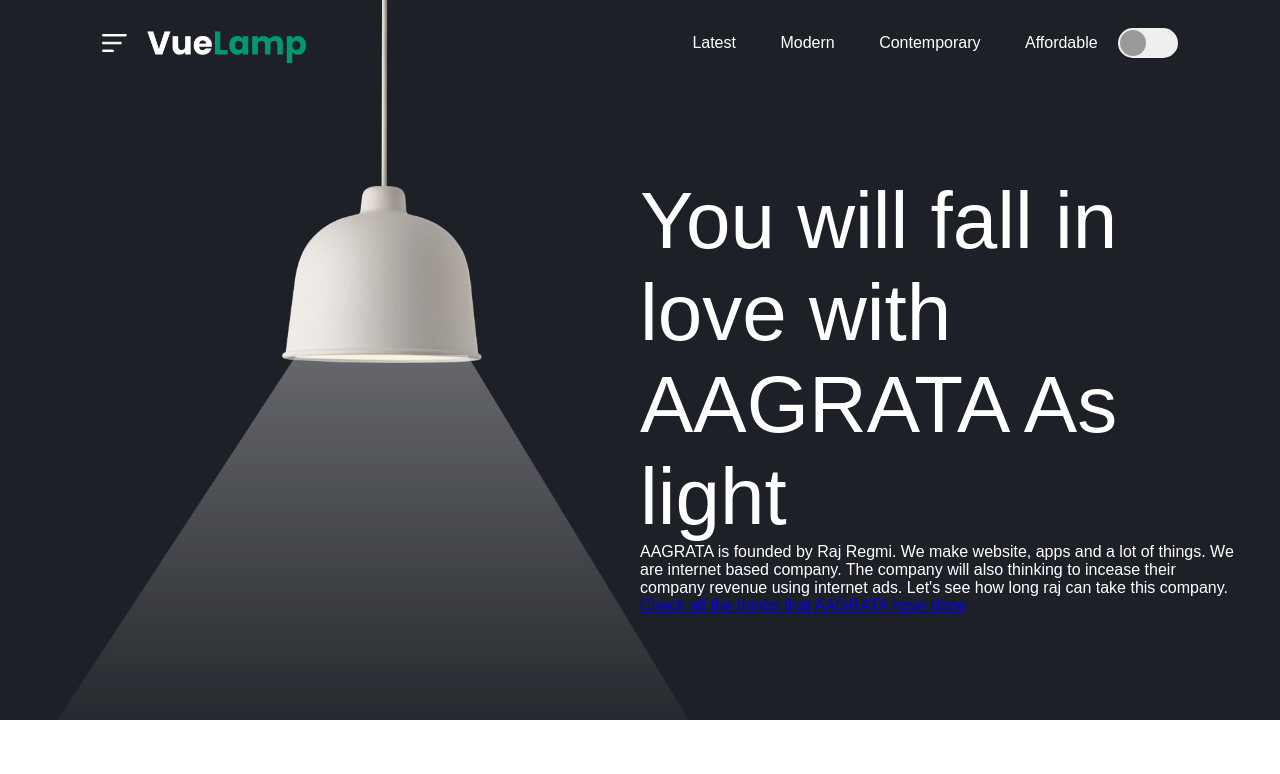
Repository: rajregmi98/newpro1
Page: index.html
These files come from the project's save history. The page is drawn as it stood at one moment and after the next save; the edit follows.
The browser window is 1280 px wide. The pictures show the whole page.

Above is the page before, as saved 2022-09-28 13:13:43.

After the next save:
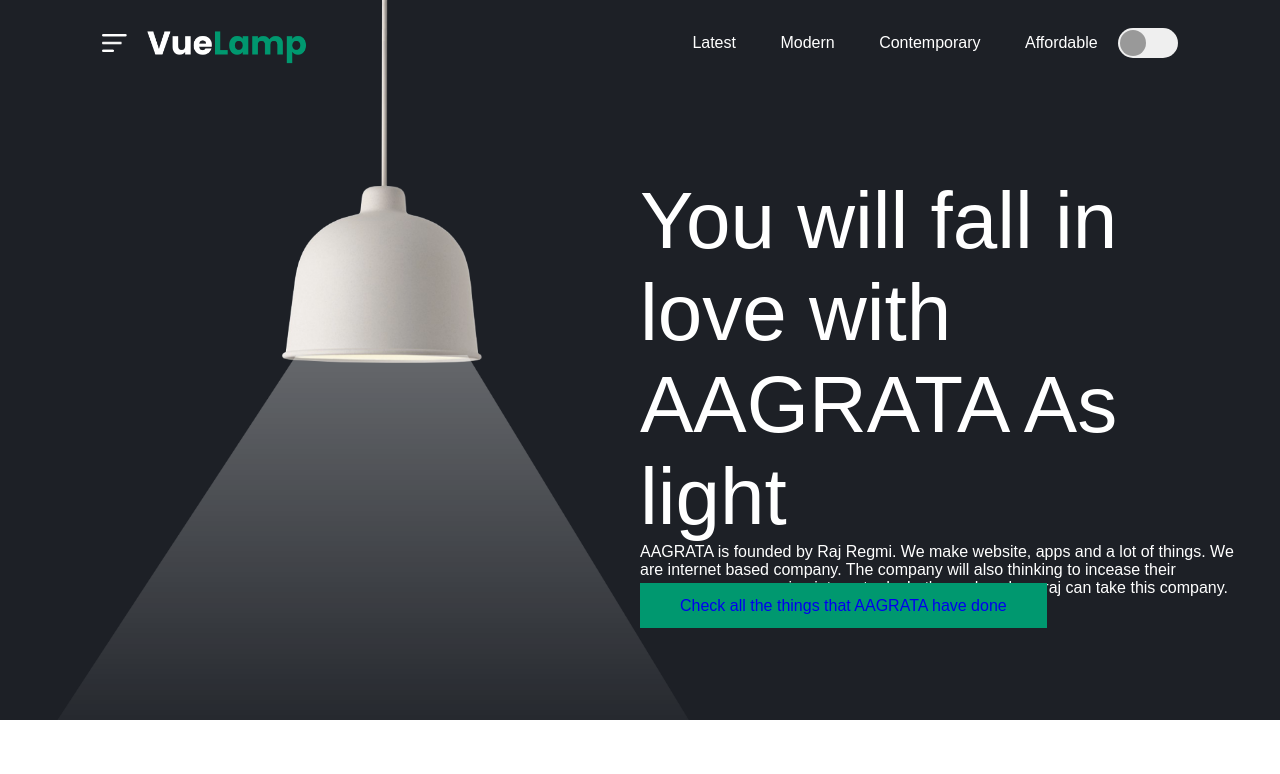
Saved 47 s later.
--- a/style.css
+++ b/style.css
@@ -104,5 +104,7 @@
 }
 
 .text-container a {
-
+    text-decoration: none;
+    background: #00986f;
+    padding: 14px 40px;
 }
